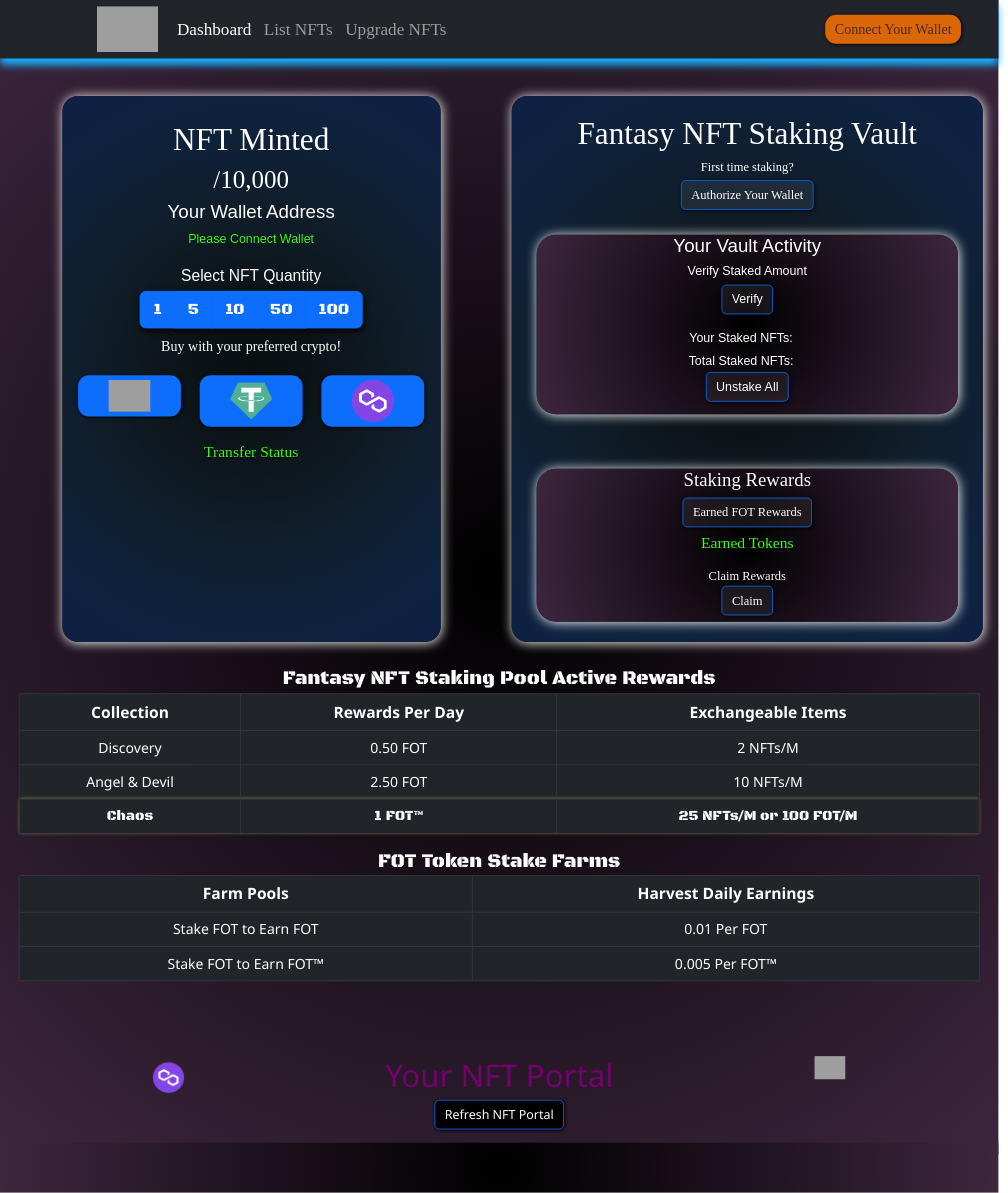
Repository: f-nft/f-fnt-Fantasy-Collection
Page: / (app in web3/)
These files come from the project's save history. The page is drawn as it stood at one moment and after a run of saves; the edit follows.
The browser window is 1280 px wide. The page is 1292 px wide, so the pictures cover 1292 px, including what lies to the right of the window. The pictures show the whole page, at 78% of full size.
Pictures or frames that could not be fetched are drawn as grey boxes. The page's requests for data from a server got no answer. Some web fonts or font styles are not loaded; a fallback is used. The project was rebuilt for these pictures with package versions that can differ from the ones it lists, and the page was loaded fresh each time. No one was signed in, and anything a server would have sent is missing.

Above is the page before, as saved 2022-06-09 15:18:09.

After the next 2 saves:
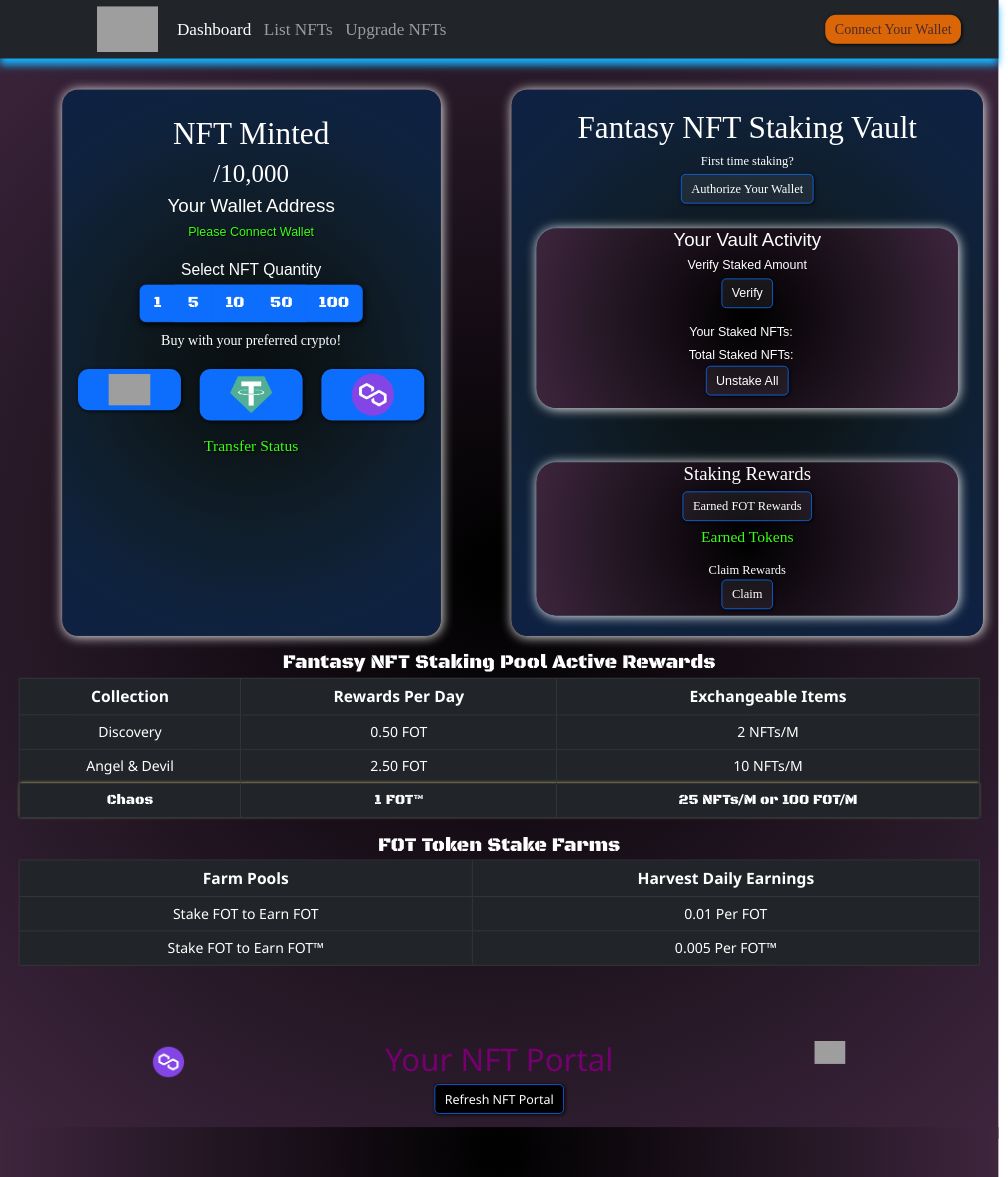
The 2 saves are shown as one change because they came seconds apart.
The last was saved 49 s later.
--- a/web3/src/App.js
+++ b/web3/src/App.js
@@ -329,7 +329,7 @@ class App extends Component {
 					</div>
 				</nav>
 				<div className='row bt-1 pt-2 pb-1 center'>
-					<div className='col'>
+					<div className='col bt-1 pt-2 pb-1 center'>
 						<body className='nftstaker container border-1' style={{ borderRadius: '25px', boxShadow: '1px 1px 15px #ffffff', minWidth: '385px', maxWidth: '485px', minHeight: '700px', maxHeight: '700px' }}>
 							<form>
 								<div className='row pt-4'>
@@ -386,7 +386,7 @@ class App extends Component {
 							</form>
 						</body>
 					</div>
-					<div className='col'>
+					<div className='col bt-1 pt-2 pb-1 center'>
 						<body className='nftstaker container border-1' style={{ borderRadius: '25px', boxShadow: '1px 1px 15px #ffffff', minWidth: '385px', maxWidth: '100%', minHeight: '700px', maxHeight: '700px' }}>
 							<form style={{ fontFamily: 'Rambla' }} >
 								<h1 style={{ fontWeight: '500', fontFamily: 'Blaka', marginTop: '25px' }}>Fantasy NFT Staking Vault </h1>
